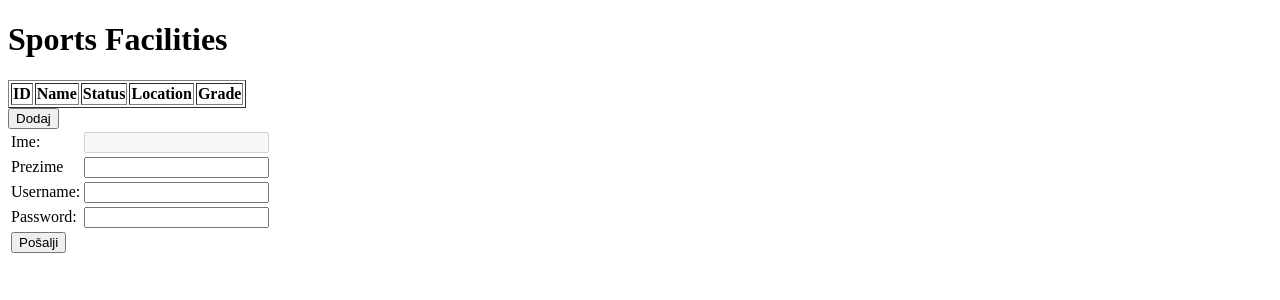
Repository: markovicuros/Fitpass-web
Page: FitnessCenter/WebContent/index.html
The author's editor kept a copy of each file at every save. The page is drawn from the files as they stood at one save, then again after the next save.
The browser window is 1280 px wide. The pictures show the whole page.
The page's requests for data from a server got no answer.

Above is the page before, as saved 2022-06-19 22:52:37.

After the next save:
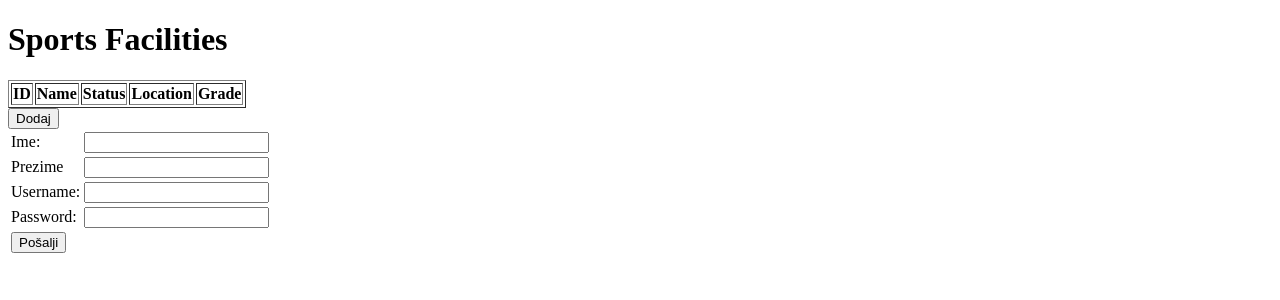
Saved 32 s later.
--- a/FitnessCenter/WebContent/index.html
+++ b/FitnessCenter/WebContent/index.html
@@ -39,7 +39,7 @@
 				<table>
 					<tr>
 						<td>Ime:</td>
-						<td><input v-bind:disabled="mode!='CREATE'" type="text" name="name"
+						<td><input  type="text" name="name"
 							v-model="user.name" /></td>
 					</tr>
 
